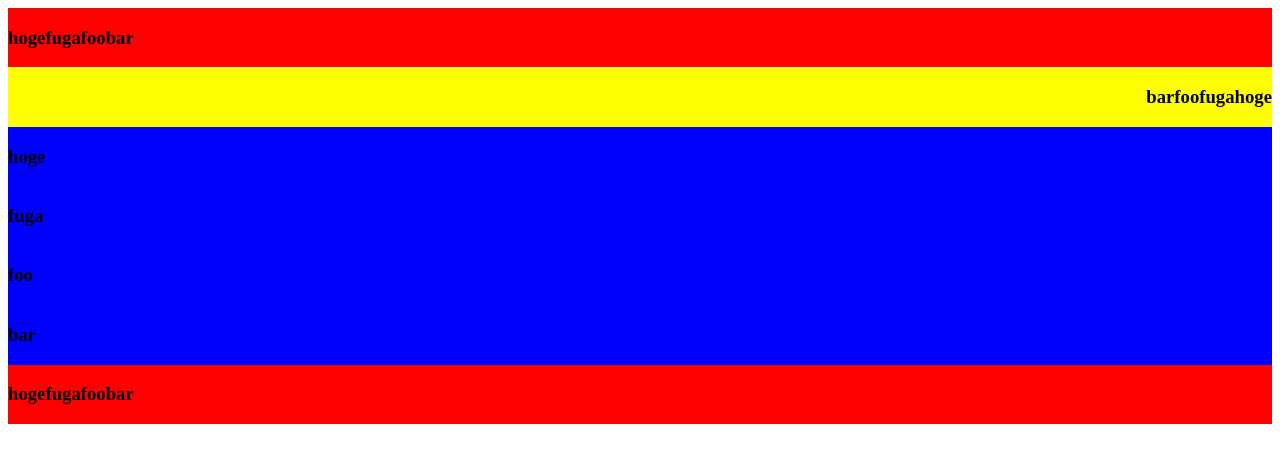
Repository: 07-acky-24/samurai_HTML-CSS
Page: a.html
The author's editor kept a record of every edit. The page is drawn from the files as they stood at one moment, then again after the next edit.
The browser window is 1280 px wide. The pictures show the whole page.

Above is the page before.

### a.html
<!DOCTYPE html>
<html lang="ja">
<head>
    <meta charset="UTF-8">
    <meta name="viewport" content="width=device-width, initial-scale=1.0">
    <meta http-equiv="X-UA-Compatible" content="ie=edge">
    <title>Document</title>
    <style>
        #sort{
            display: flex;
            flex-direction: row;
            background-color: red;
        }

        #reverse{
            display: flex;
            flex-direction: row-reverse;
            background-color: yellow;
        }

        #column{
            display: flex;
            flex-direction: column;
            background-color: blue;
        }

        #column-reverse{
            display: flex;
            flex-direction: column-reverse;
            background-color: green;
        }

    </style>
</head>
<body>
    <div id="sort">
        <h3>hoge</h3>
        <h3>fuga</h3>
        <h3>foo</h3>
        <h3>bar</h3>
    </div>

    <div id="reverse">
        <h3>hoge</h3>
        <h3>fuga</h3>
        <h3>foo</h3>
        <h3>bar</h3>
    </div>

    <div id="column">
        <h3>hoge</h3>
        <h3>fuga</h3>
        <h3>foo</h3>
        <h3>bar</h3>
    </div>

    <div id="sort">
        <h3>hoge</h3>
        <h3>fuga</h3>
        <h3>foo</h3>
        <h3>bar</h3>
    </div>

</body>
</html>

After the next edit:
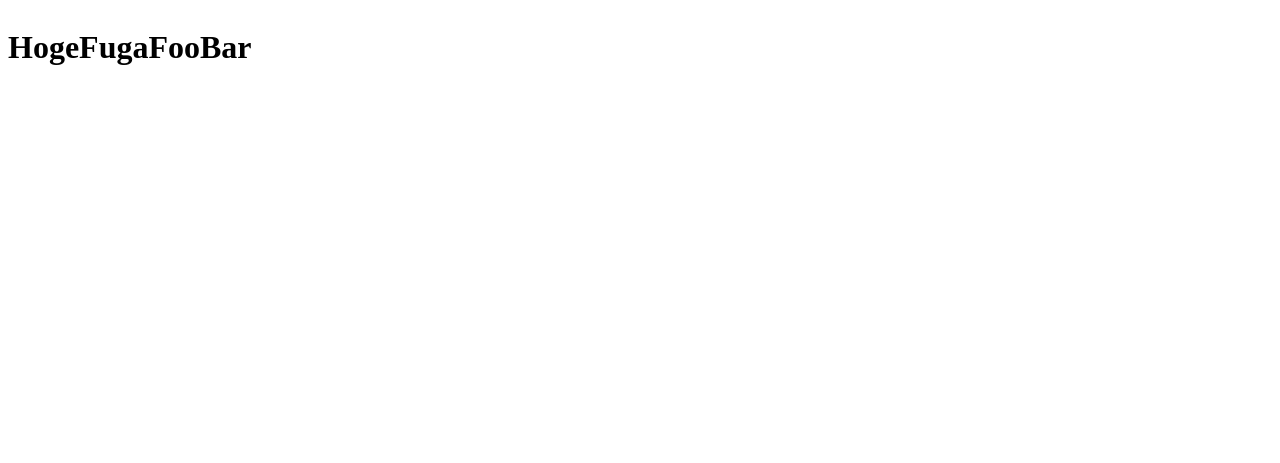
The edit:
--- a/a.html
+++ b/a.html
@@ -1,65 +1,18 @@
-<!DOCTYPE html>
 <html lang="ja">
-<head>
-    <meta charset="UTF-8">
-    <meta name="viewport" content="width=device-width, initial-scale=1.0">
-    <meta http-equiv="X-UA-Compatible" content="ie=edge">
-    <title>Document</title>
-    <style>
-        #sort{
-            display: flex;
-            flex-direction: row;
-            background-color: red;
-        }
-
-        #reverse{
-            display: flex;
-            flex-direction: row-reverse;
-            background-color: yellow;
-        }
-
-        #column{
-            display: flex;
-            flex-direction: column;
-            background-color: blue;
-        }
-
-        #column-reverse{
-            display: flex;
-            flex-direction: column-reverse;
-            background-color: green;
-        }
-
-    </style>
-</head>
-<body>
-    <div id="sort">
-        <h3>hoge</h3>
-        <h3>fuga</h3>
-        <h3>foo</h3>
-        <h3>bar</h3>
-    </div>
-
-    <div id="reverse">
-        <h3>hoge</h3>
-        <h3>fuga</h3>
-        <h3>foo</h3>
-        <h3>bar</h3>
-    </div>
-
-    <div id="column">
-        <h3>hoge</h3>
-        <h3>fuga</h3>
-        <h3>foo</h3>
-        <h3>bar</h3>
-    </div>
-
-    <div id="sort">
-        <h3>hoge</h3>
-        <h3>fuga</h3>
-        <h3>foo</h3>
-        <h3>bar</h3>
-    </div>
-
-</body>
+    <head>
+        <style>
+            #flex-start {
+                display: flex;
+                align-items: flex-end;
+            }
+        </style>
+    </head>
+    <body>
+        <div id="flex-start">
+            <h1>Hoge</h1>
+            <h1>Fuga</h1>
+            <h1>Foo</h1>
+            <h1>Bar</h1>
+        </div>
+    </body>
 </html>
